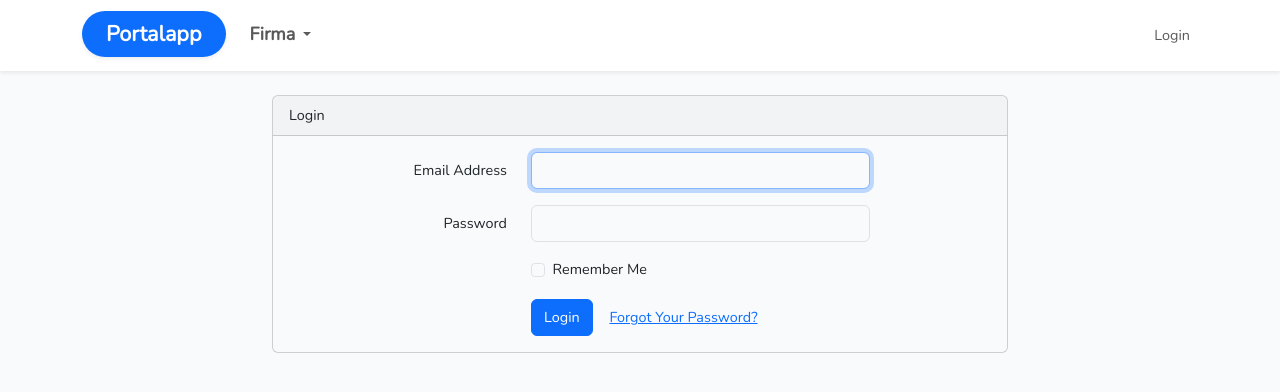
Repository: oguzhansade/portalapp
Page: http://localhost/login
These files come from the project's save history. The page is drawn as it stood at one moment and after the next save; the edit follows.
The browser window is 1280 px wide. The pictures show the whole page.
The page is served by the project's Laravel application, run on PHP 8.4 with Laravel 9. Other server files are loaded and not shown. Style sheets and scripts are compiled from the project's sources, by tool versions that may differ from the author's.

Above is the page before, as saved 2023-06-29 11:40:02.

### routes/web.php
<?php

use Illuminate\Support\Facades\Route;
use Illuminate\Support\Facades\Auth;

/*
|--------------------------------------------------------------------------
| Web Routes
|--------------------------------------------------------------------------
|
| Here is where you can register web routes for your application. These
| routes are loaded by the RouteServiceProvider within a group which
| contains the "web" middleware group. Now create something great!
|
*/
Route::get('/', function () {
    return view('welcome');
});
Route::get('/schnellanform', [App\Http\Controllers\front\formcraft\FormCraftController::class, 'handleSchnellanfrageForm'])->name('handleSchnellanfrageForm');
Route::get('/privatumzugform', [App\Http\Controllers\front\formcraft\FormCraftController::class, 'handlePrivatumzugForm'])->name('handlePrivatumzugForm');
Route::get('/kontaktform', [App\Http\Controllers\front\formcraft\FormCraftController::class, 'handleKontaktForm'])->name('handleKontaktForm');
Route::get('/reinigungform', [App\Http\Controllers\front\formcraft\FormCraftController::class, 'handleReinigungForm'])->name('handleReinigungForm');
Route::get('/firmenform', [App\Http\Controllers\front\formcraft\FormCraftController::class, 'handleFirmenForm'])->name('handleFirmenForm');
Route::get('/mailTester', [App\Http\Controllers\front\formcraft\FormCraftController::class, 'mailTester'])->name('mailTester');

Auth::routes(['register' => false]);

Route::group(['namespace' => 'front', 'middleware' => ['auth']], function () {
    Route::group(['namespace' => 'home', 'as' => 'home.'], function () {
        Route::get('/', [App\Http\Controllers\front\home\indexController::class, 'index'])->name('index');
    });
    Route::group(['namespace' => 'firma', 'as' => 'firma.','prefix' => 'firma'], function () {
        Route::get('/', [App\Http\Controllers\front\firma\indexController::class, 'index'])->name('index');
        Route::get('/create', [App\Http\Controllers\front\firma\indexController::class, 'create'])->name('create');
        Route::post('/create', [App\Http\Controllers\front\firma\indexController::class, 'store'])->name('store');
        Route::get('/detail/{id}', [App\Http\Controllers\front\firma\indexController::class, 'detail'])->name('detail');
        Route::get('/edit/{id}', [App\Http\Controllers\front\firma\indexController::class, 'edit'])->name('edit');
        Route::post('/edit/{id}', [App\Http\Controllers\front\firma\indexController::class, 'update'])->name('update');
        Route::get('/delete/{id}', [App\Http\Controllers\front\firma\indexController::class, 'delete'])->name('delete');
        Route::post('/data', [App\Http\Controllers\front\firma\indexController::class, 'data'])->name('data');
        Route::post('/recordData/{id}', [App\Http\Controllers\front\firma\indexController::class, 'recordData'])->name('recordData');
    });

    Route::group(['namespace' => 'offerList', 'as' => 'offerList.','prefix' => 'offerList'], function () {
        Route::get('/', [App\Http\Controllers\front\offerList\indexController::class, 'index'])->name('index');
        Route::post('/data', [App\Http\Controllers\front\offerList\indexController::class, 'data'])->name('data');
        Route::post('/statusChanger/{id}/{type}', [App\Http\Controllers\front\offerList\indexController::class, 'statusChanger'])->name('statusChanger');
        Route::get('/statusChanger/{id}/{type}', [App\Http\Controllers\front\offerList\indexController::class, 'statusChanger'])->name('statusChanger');
        Route::get('/detail/{id}/{type}', [App\Http\Controllers\front\offerList\indexController::class, 'detail'])->name('detail');

    });
});



Route::get('/home', [App\Http\Controllers\HomeController::class, 'index'])->name('home');

### resources/views/layouts/app.blade.php
<!doctype html>
<html lang="{{ str_replace('_', '-', app()->getLocale()) }}">
<head>
    <meta charset="utf-8">
    <meta name="viewport" content="width=device-width, initial-scale=1">

    <!-- CSRF Token -->
    <meta name="csrf-token" content="{{ csrf_token() }}">

    <title>{{ config('app.name', 'Laravel') }}</title>

    <!-- Fonts -->
    <link rel="dns-prefetch" href="//fonts.bunny.net">
    <link href="https://fonts.bunny.net/css?family=Nunito" rel="stylesheet">
    <link href="{{ asset('assets/vendors/material-icons/material-icons.css') }}" rel="stylesheet" type="text/css">
    <link href="{{ asset('assets/vendors/mono-social-icons/monosocialiconsfont.css') }}" rel="stylesheet" type="text/css">
    <link href="{{ asset('assets/vendors/feather-icons/feather.css') }}" rel="stylesheet" type="text/css">
    <style>
        .b-shadow {
            box-shadow: rgba(0, 0, 0, 0.17) 0px -23px 25px 0px inset, rgba(0, 0, 0, 0.15) 0px -36px 30px 0px inset, rgba(0, 0, 0, 0.1) 0px -79px 40px 0px inset, rgba(0, 0, 0, 0.06) 0px 2px 1px, rgba(0, 0, 0, 0.09) 0px 4px 2px, rgba(0, 0, 0, 0.09) 0px 8px 4px, rgba(0, 0, 0, 0.09) 0px 16px 8px, rgba(0, 0, 0, 0.09) 0px 32px 16px;
        }
        .custom-font {
            color: white;
            font-weight: 700;
        }
        .rounded-custom {
            border-radius: 35px;
        }
        a.dropdown-item:hover {
            background-color: #094AA9;
            color:white;
        }
    </style>
    <!-- Scripts -->
    @vite(['resources/sass/app.scss', 'resources/js/app.js'])
    @yield('header')
</head>
<body>
    <div id="app">
        <nav class="navbar navbar-expand-md navbar-light bg-white shadow-sm ">
            <div class="container py-2">
                <a class="navbar-brand" href="{{ url('/') }}">
                    <span class="h4 px-4 py-2 bg-primary text-white shadow-sm rounded-custom"><b>{{ config('app.name', 'Laravel') }}</b></span> </span>
                </a>
                <button class="navbar-toggler" type="button" data-bs-toggle="collapse" data-bs-target="#navbarSupportedContent" aria-controls="navbarSupportedContent" aria-expanded="false" aria-label="{{ __('Toggle navigation') }}">
                    <span class="navbar-toggler-icon"></span>
                </button>

                <div class="collapse navbar-collapse " id="navbarSupportedContent">
                    <!-- Left Side Of Navbar -->
                    <ul class="navbar-nav me-auto ">
                        <li class="nav-item dropdown ml-5">
                            <a id="navbarDropdown" class="nav-link dropdown-toggle " href="#" role="button" data-bs-toggle="dropdown" aria-haspopup="true" aria-expanded="false" v-pre>
                               <strong class="h5 " style="font-weight: bolder;">Firma</strong>
                            </a>

                            <div class="dropdown-menu" aria-labelledby="navbarDropdown">
                                <a class="dropdown-item h5" href="{{ route('firma.index') }}">
                                    Firma Listesi
                                </a>
                                <a class="dropdown-item h5" href="{{ route('firma.create') }}">
                                    Firma Ekle
                                </a>
                            </div>
                        </li>
                    </ul>

                    <!-- Right Side Of Navbar -->
                    <ul class="navbar-nav ms-auto">
                        <!-- Authentication Links -->
                        @guest
                            @if (Route::has('login'))
                                <li class="nav-item">
                                    <a class="nav-link" href="{{ route('login') }}">{{ __('Login') }}</a>
                                </li>
                            @endif

                            @if (Route::has('register'))
                                <li class="nav-item">
                                    <a class="nav-link" href="{{ route('register') }}">{{ __('Register') }}</a>
                                </li>
                            @endif
                        @else
                            <li class="nav-item dropdown">
                                <a id="navbarDropdown" class="nav-link dropdown-toggle h4 px-4 py-2 bg-primary text-white b-shadow rounded-custom" href="#" role="button" data-bs-toggle="dropdown" aria-haspopup="true" aria-expanded="false" v-pre>
                                    {{ Auth::user()->name }}
                                </a>

                                <div class="dropdown-menu dropdown-menu-end" aria-labelledby="navbarDropdown">
                                    <a class="dropdown-item" href="{{ route('logout') }}"
                                       onclick="event.preventDefault();
                                                     document.getElementById('logout-form').submit();">
                                        {{ __('Logout') }}
                                    </a>

                                    <form id="logout-form" action="{{ route('logout') }}" method="POST" class="d-none">
                                        @csrf
                                    </form>
                                </div>
                            </li>
                        @endguest
                    </ul>
                </div>
            </div>
        </nav>

        <main class="py-4">
            @yield('content')
        </main>
    </div>
    <script src="https://code.jquery.com/jquery-3.6.0.min.js"></script>
    @yield('footer')
</body>
</html>

Loaded but not shown: app/Http/Controllers/Auth/ConfirmPasswordController.php (common file); app/Http/Controllers/Controller.php (common file); app/Http/Controllers/Auth/LoginController.php (common file); resources/views/auth/login.blade.php (common file); public/assets/vendors/material-icons/material-icons.css (common file); public/assets/vendors/mono-social-icons/monosocialiconsfont.css (common file); public/assets/vendors/feather-icons/feather.css (library); resources/sass/app.scss (common file); resources/sass/_variables.scss (common file)

After the next save:
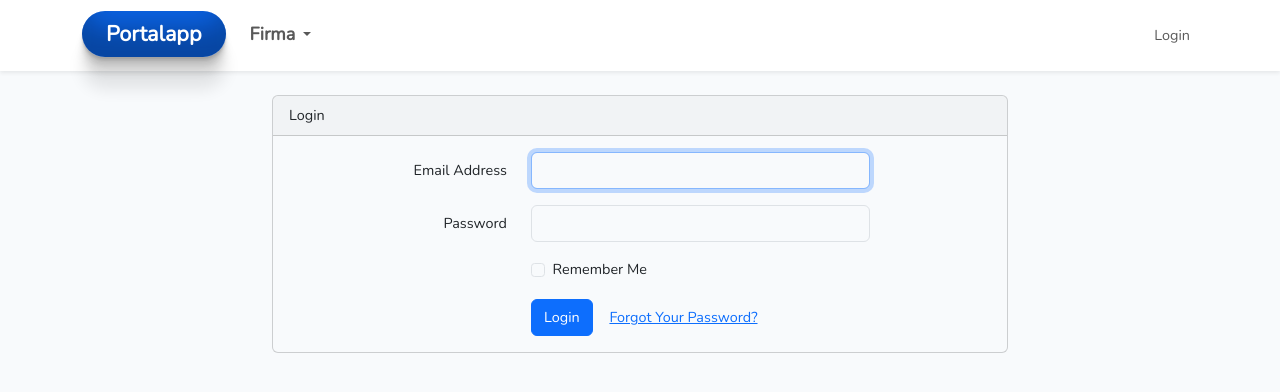
Saved 4 s later.
--- a/resources/views/layouts/app.blade.php
+++ b/resources/views/layouts/app.blade.php
@@ -40,7 +40,7 @@
         <nav class="navbar navbar-expand-md navbar-light bg-white shadow-sm ">
             <div class="container py-2">
                 <a class="navbar-brand" href="{{ url('/') }}">
-                    <span class="h4 px-4 py-2 bg-primary text-white shadow-sm rounded-custom"><b>{{ config('app.name', 'Laravel') }}</b></span> </span>
+                    <span class="h4 px-4 py-2 bg-primary text-white b-shadow rounded-custom"><b>{{ config('app.name', 'Laravel') }}</b></span> </span>
                 </a>
                 <button class="navbar-toggler" type="button" data-bs-toggle="collapse" data-bs-target="#navbarSupportedContent" aria-controls="navbarSupportedContent" aria-expanded="false" aria-label="{{ __('Toggle navigation') }}">
                     <span class="navbar-toggler-icon"></span>

After the save that followed:
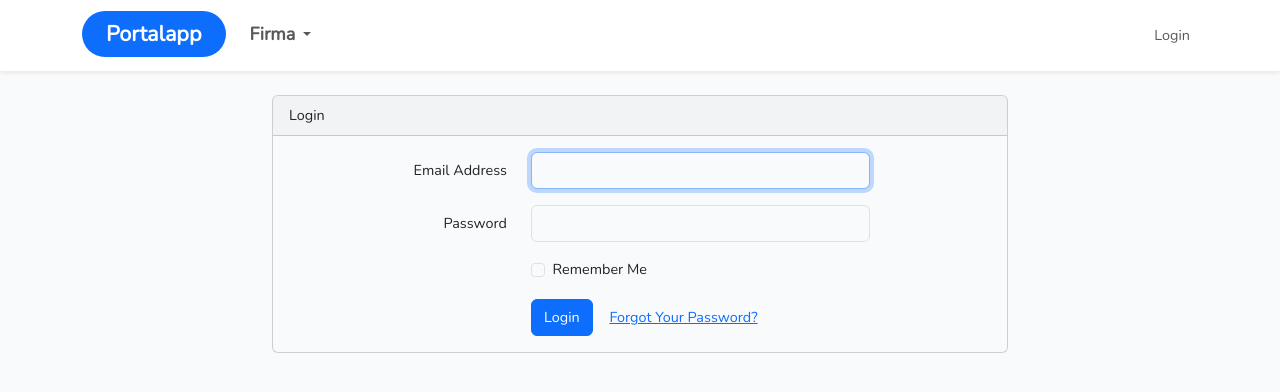
Saved 74 s later.
--- a/resources/views/layouts/app.blade.php
+++ b/resources/views/layouts/app.blade.php
@@ -16,9 +16,7 @@
     <link href="{{ asset('assets/vendors/mono-social-icons/monosocialiconsfont.css') }}" rel="stylesheet" type="text/css">
     <link href="{{ asset('assets/vendors/feather-icons/feather.css') }}" rel="stylesheet" type="text/css">
     <style>
-        .b-shadow {
-            box-shadow: rgba(0, 0, 0, 0.17) 0px -23px 25px 0px inset, rgba(0, 0, 0, 0.15) 0px -36px 30px 0px inset, rgba(0, 0, 0, 0.1) 0px -79px 40px 0px inset, rgba(0, 0, 0, 0.06) 0px 2px 1px, rgba(0, 0, 0, 0.09) 0px 4px 2px, rgba(0, 0, 0, 0.09) 0px 8px 4px, rgba(0, 0, 0, 0.09) 0px 16px 8px, rgba(0, 0, 0, 0.09) 0px 32px 16px;
-        }
+
         .custom-font {
             color: white;
             font-weight: 700;
